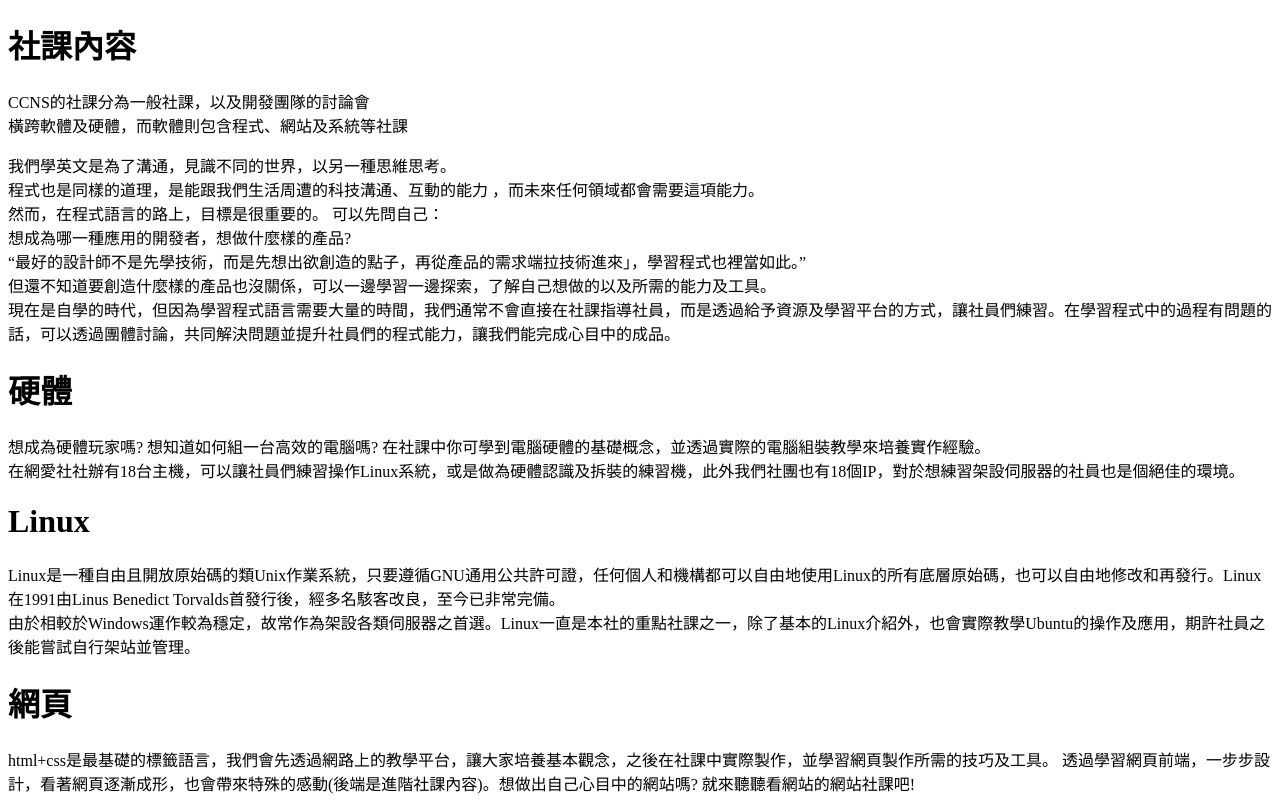
Repository: ccns/ccns_website
Page: classes.html
The author's editor kept a record of every edit. The page is drawn from the files as they stood at one moment, then again after the next edit.
The browser window is 1280 px wide. The pictures show the whole page.

Above is the page before.

### classes.html
<!DOCTYPE html>
<html>
<head>
	<div id="DivClubClassContent">
		<h1>社課內容</h1>
		<p>CCNS的社課分為一般社課，以及開發團隊的討論會
		<br>橫跨軟體及硬體，而軟體則包含程式、網站及系統等社課</p>

		<h1程式></h1>
		<p>我們學英文是為了溝通，見識不同的世界，以另一種思維思考。
		<br>程式也是同樣的道理，是能跟我們生活周遭的科技溝通、互動的能力 ，而未來任何領域都會需要這項能力。
		<br>然而，在程式語言的路上，目標是很重要的。 可以先問自己：
		<br>想成為哪一種應用的開發者，想做什麼樣的產品?
		<br>“最好的設計師不是先學技術，而是先想出欲創造的點子，再從產品的需求端拉技術進來」，學習程式也裡當如此。”
		<br>但還不知道要創造什麼樣的產品也沒關係，可以一邊學習一邊探索，了解自己想做的以及所需的能力及工具。
		<br>現在是自學的時代，但因為學習程式語言需要大量的時間，我們通常不會直接在社課指導社員，而是透過給予資源及學習平台的方式，讓社員們練習。在學習程式中的過程有問題的話，可以透過團體討論，共同解決問題並提升社員們的程式能力，讓我們能完成心目中的成品。
		</p>

		<h1>硬體</h1>
		<p></p>

		<h1></h1>
		<p>想成為硬體玩家嗎?  想知道如何組一台高效的電腦嗎?  在社課中你可學到電腦硬體的基礎概念，並透過實際的電腦組裝教學來培養實作經驗。
		<br>在網愛社社辦有18台主機，可以讓社員們練習操作Linux系統，或是做為硬體認識及拆裝的練習機，此外我們社團也有18個IP，對於想練習架設伺服器的社員也是個絕佳的環境。
		</p>

		<h1>Linux</h1>
		<p>Linux是一種自由且開放原始碼的類Unix作業系統，只要遵循GNU通用公共許可證，任何個人和機構都可以自由地使用Linux的所有底層原始碼，也可以自由地修改和再發行。Linux在1991由Linus Benedict Torvalds首發行後，經多名駭客改良，至今已非常完備。
		<br>由於相較於Windows運作較為穩定，故常作為架設各類伺服器之首選。Linux一直是本社的重點社課之一，除了基本的Linux介紹外，也會實際教學Ubuntu的操作及應用，期許社員之後能嘗試自行架站並管理。
		</p>

		<h1>網頁</h1>
		<p>html+css是最基礎的標籤語言，我們會先透過網路上的教學平台，讓大家培養基本觀念，之後在社課中實際製作，並學習網頁製作所需的技巧及工具。  透過學習網頁前端，一步步設計，看著網頁逐漸成形，也會帶來特殊的感動(後端是進階社課內容)。想做出自己心目中的網站嗎? 就來聽聽看網站的網站社課吧!
		</p>












	</div>

</head>
<body>
</body>
</html>

After the next edit:
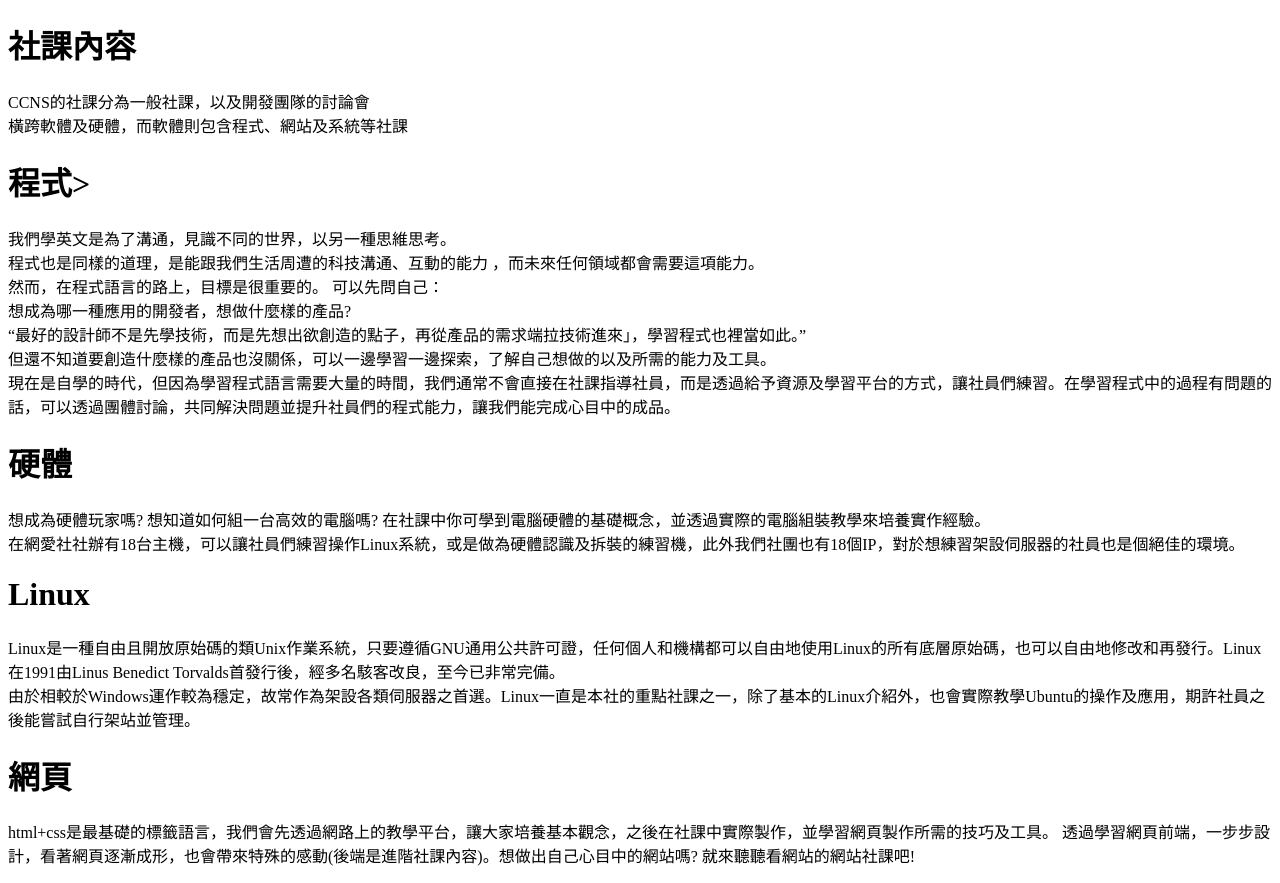
The edit:
--- a/classes.html
+++ b/classes.html
@@ -4,9 +4,10 @@
 	<div id="DivClubClassContent">
 		<h1>社課內容</h1>
 		<p>CCNS的社課分為一般社課，以及開發團隊的討論會
-		<br>橫跨軟體及硬體，而軟體則包含程式、網站及系統等社課</p>
+		<br>橫跨軟體及硬體，而軟體則包含程式、網站及系統等社課
+		<br></p>
 
-		<h1程式></h1>
+		<h1>程式></h1>
 		<p>我們學英文是為了溝通，見識不同的世界，以另一種思維思考。
 		<br>程式也是同樣的道理，是能跟我們生活周遭的科技溝通、互動的能力 ，而未來任何領域都會需要這項能力。
 		<br>然而，在程式語言的路上，目標是很重要的。 可以先問自己：
